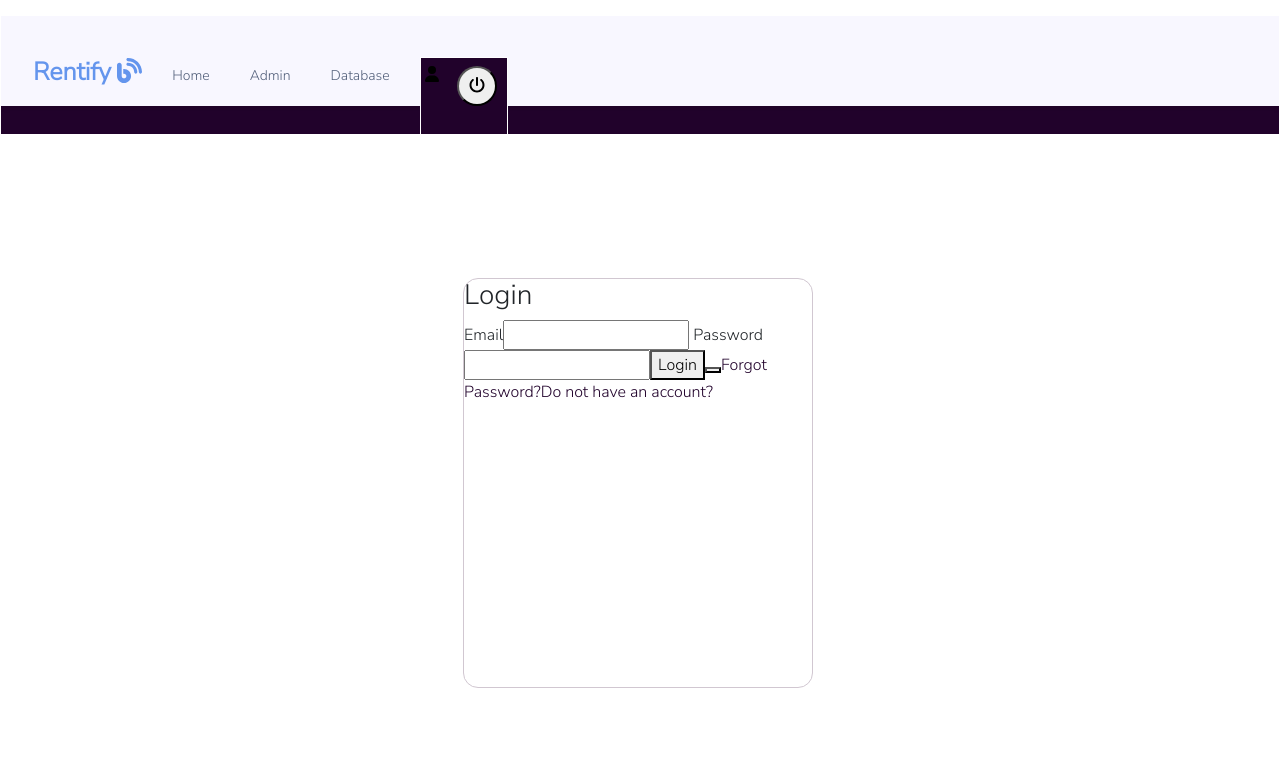
Repository: duzzisantos/rentify
Page: /
An editor plug-in stored every save of this project. The page is shown before and after the next save, followed by the edit.
The browser window is 1280 px wide. The pictures show the whole page.
The project was rebuilt for these pictures with package versions that can differ from the ones it lists, and the page was loaded fresh each time. Also part of the build but not shown: src/home.js, src/admin.js, src/auth/register.js, src/table-component.js, src/edit-property.js, src/tables.js, src/booking.js.

Above is the page before, as saved 2022-05-19 00:45:50.

After the next save:
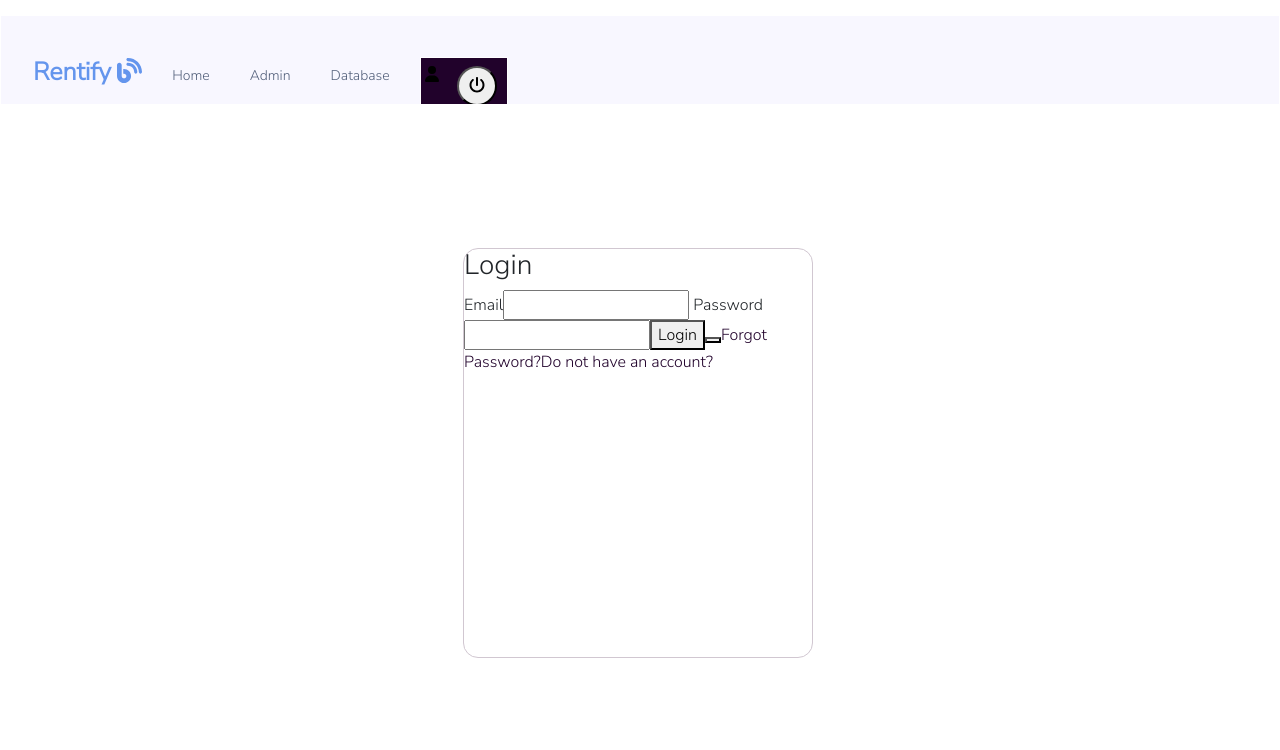
Saved 65 s later.
--- a/src/App.css
+++ b/src/App.css
@@ -485,13 +485,6 @@ tr img:hover {
   height: fit-content;
 }
 
-.auth-container{
-  height: 90px;
-  width: 100%;
-  background-color: rgb(33, 2, 43);
-  border: 1px solid white;
-}
-
 .login,
 .register,
 .reset {
@@ -524,8 +517,10 @@ tr img:hover {
 }
 
 .auth-container {
-  height: 120px;
-  width: 100%;
+  height: 90px;
+  width: 100%;
+  background-color: rgb(33, 2, 43);
+  border: 1px solid white;
   margin-right: 10px;
   overflow: hidden;
   margin-left: auto;
